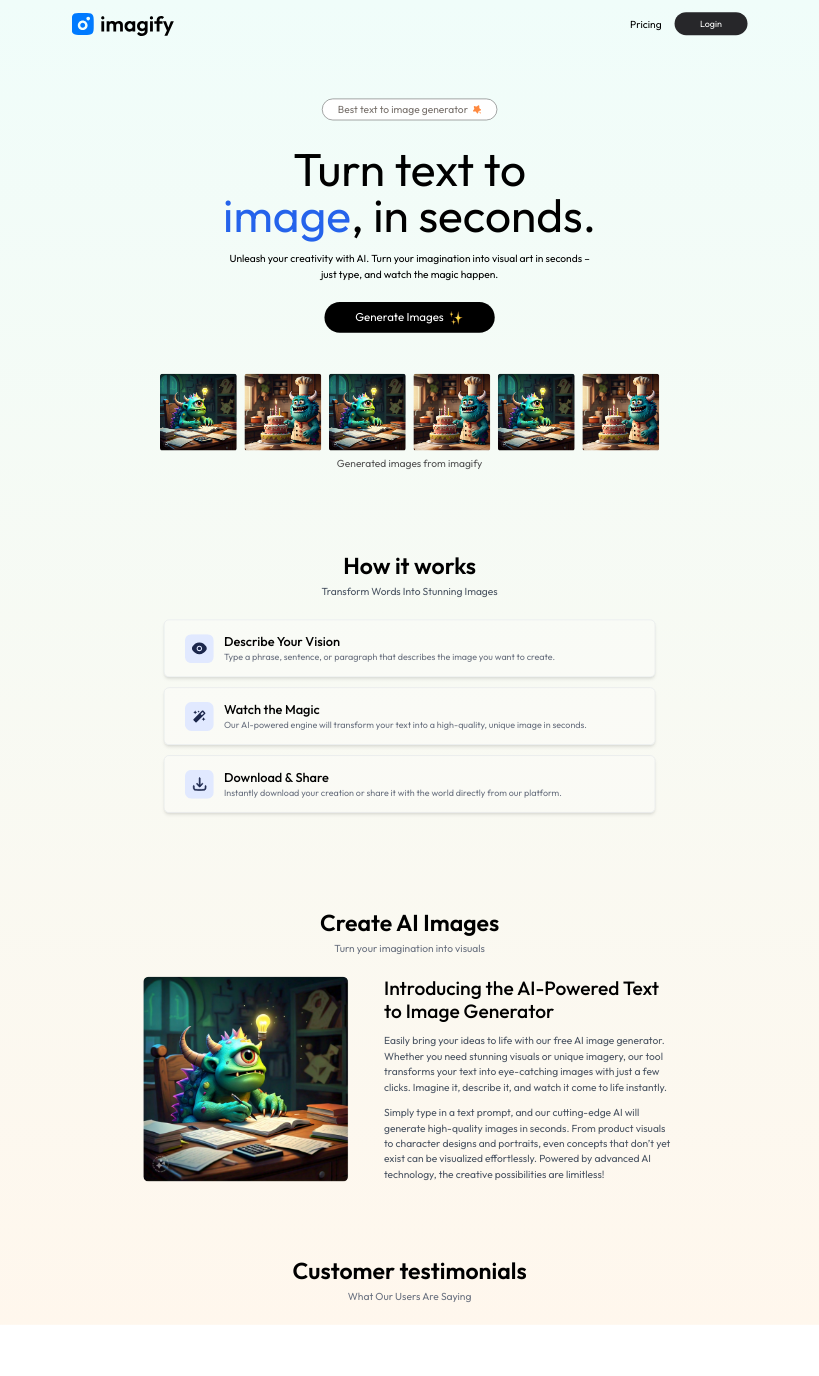
Repository: Abrammse/Abraify
Page: /
An editor plug-in stored every save of this project. The page is shown before and after a run of saves, followed by the edit.
The browser window is 1280 px wide. The pictures show the whole page, at 64% of full size.
The project was rebuilt for these pictures with package versions that can differ from the ones it lists, and the page was loaded fresh each time. Also part of the build but not shown: vite.config.js, src/pages/Buycredit.jsx.

Above is the page before, as saved 2024-11-25 11:54:11.

### index.html
<!doctype html>
<html lang="en">
  <head>
    <meta charset="UTF-8" />
    <link rel="icon" type="image/svg+xml" href="/favicon.svg" />
    <meta name="viewport" content="width=device-width, initial-scale=1.0" />
    <title>Imagify - Abram</title>
  </head>
  <body>
    <div id="root"></div>
    <script type="module" src="/src/main.jsx"></script>
  </body>
</html>

### src/main.jsx
import { createRoot } from 'react-dom/client'
import './index.css'
import App from './App.jsx'
import { BrowserRouter } from 'react-router-dom'
import AppContextProvider from './context/AppContext.jsx'
createRoot(document.getElementById('root')).render(

  <BrowserRouter>
  <AppContextProvider>
  <App/>
  </AppContextProvider>

  </BrowserRouter>
)

### src/index.css
@import url('https://fonts.googleapis.com/css2?family=Cairo:wght@200..1000&family=Outfit:wght@100..900&display=swap');


@tailwind base;
@tailwind components;
@tailwind utilities;

*{
  font-family: Outfit ;
}

### src/App.jsx
import React from "react";
import { Routes,Route } from "react-router-dom";
import Home from "./pages/Home";
import BuyCredit from "./pages/Buycredit";
import Navbar from "./components/Navbar";
const App = () => {
  return (
    <div className="px-4 sm:px-10 md:px-14 lg:px-28 min-h-screen bg-gradient-to-b from-teal-50 to-orange-50">
     <Navbar />
      <Routes>

        <Route  path="/" element={<Home />}/>
        <Route  path="/BuyCredit" element={<BuyCredit />}/>
      </Routes>
    </div>
  )
}

export default App

### src/context/AppContext.jsx
import { createContext, useState } from "react";
export const AppContext = createContext();

const AppContextProvider = (props) => {
  const [user, setUser] = useState(null);

  const value = {
    user,
    setUser,
  };

  return (
    <AppContext.Provider value={value}>
      {props.children}
    </AppContext.Provider>
  );
};

export default AppContextProvider;

### src/pages/Home.jsx
import React from 'react';
import Header from '../components/Header';
import Steps from '../components/Steps';
import Des from '../components/des';
import Testimonials from '../components/testimonials';
const Home = () => {
  return (
    <div>
      <Header/>
      <Steps/>
      <Des/>
      <Testimonials/>
    </div>
  );
}

export default Home;

### src/components/Navbar.jsx
import React, { useContext } from 'react';
import { assets } from '../assets/assets';
import { Link, useNavigate } from 'react-router-dom';
import { AppContext } from '../context/AppContext';
const Navbar = () => {
  const {user} = useContext(AppContext);
  const navigate = useNavigate();

  return (
    <div className="flex items-center justify-between py-4">
      <Link to="/">
        <img src={assets.logo} alt="Logo" className="w-28 sm:w-32 lg:w-40" />
      </Link>

      <div>
        {user ? (
          <div className="flex items-center gap-2 sm:gap-3">
            <button className="flex items-center gap-2 bg-blue-100 px-4 sm:px-6 py-1.5 sm:py-3 rounded-full hover:scale-105 transition-all duration-700">
              <img src={assets.credit_star} alt="Credits" className="w-5" />
              <p  onClick={() => navigate('/BuyCredit')} className='text-xs sm:text-sm font-medium text-gray-600'>Credits left: 50</p>
            </button>
            <p className='text-gray-600 max-sm:hidden pl-4 '>Hi, Abram</p>
            <div className="relative group">
              <img
                src={assets.profile_icon}
                alt="Profile"
                className="w-10 drop-shadow cursor-pointer"
              />
              <div className="absolute hidden group-hover:block top-0 right-0 z-10  text-black rounded  pt-12">
                <ul   className='list-none m-0 p-2 bg-white rounded-md border text-sm ' >
                  <li className='py-1 px-2  cursor-pointer pr-10 ' >
                    Logout
                  </li>
                </ul>
              </div>
            </div>
          </div>
        ) : (
          <div className="flex items-center gap-2 sm:gap-5">
            <p
              onClick={() => navigate('/BuyCredit')}
              className="cursor-pointer hover:underline"
            >
              Pricing
            </p>
            <button
              className="bg-zinc-800 text-white px-7 py-2 sm:px-10 text-sm rounded-full"
              onClick={() => navigate('/login')}
            >
              Login
            </button>
          </div>
        )}
      </div>
    </div>
  );
};

export default Navbar;

### src/components/Header.jsx
import React from 'react';
import { assets } from '../assets/assets';

const Header = () => {
  return (
<div className="flex flex-col justify-center items-center text-center my-20 ">
<div className="text-stone-500 inline-flex text-center gap-2 bg-white px-6 py-1 rounded-full border border-neutral-500 ">
    <p>Best text to image generator</p>
<img src={assets.star_icon} alt="start"/>
    </div>
    <h1  className='text-4xl  max-w-[300px]   sm:text-7xl sm:max-w-[590px] mx-auto mt-10 text-center  ' >Turn text to <span  className='text-blue-600' >  image</span>, in seconds.</h1>
<p  className='text-center max-w-xl mx-auto mt-5'>Unleash your creativity with AI. Turn your imagination into visual art in seconds – just type, and watch the magic happen. </p>
<button className='sm:text-lg text-white   bg-black w-auto mt-8 px-12 py-2.5 flex  items-center gap-2  rounded-full    ' >Generate Images <img  className='h-6' src={assets.star_group} alt="start"/>
</button>
<div className='flex flex-wrap justify-center mt-16 gap-3 '>
{Array(6).fill().map((item,index)=>(

<img  className='rounded hover:scale-105  transition-all duration-300 cursor-pointer max-sm:w-11    ' src={index % 2=== 0 ? assets.sample_img_2 : assets.sample_img_1 } alt="start" key={index} width={120}  />

))}

</div>

<p className=' mt-2 text-neutral-600'> Generated images from imagify </p>
     </div>
  );
}

export default Header;

### src/components/Steps.jsx
import React from 'react';
import { stepsData } from '../assets/assets';

const Steps = () => {
  return (
    <div className='flex flex-col items-center justify-center my-32'>
      <h1 className='text-3xl sm:text-4xl font-semibold mb-2 '>How it works</h1>
      <p className=' tet-lg mb-8 text-gray-600'> Transform Words Into Stunning Images </p>


      <div className='space-y-4 w-full max-w-3xl text-sm '>
        {stepsData.map((item,index)=>(
            <div key={index}  className='flex items-center gap-4 px-8 p-5 bg-white/20 shadow-md border cursor-pointer hover:scale-[1.02]  transition-all  duration-300 rounded-lg ' >
                <img src={item.icon} alt="" />
            <div>
                <h2 className='text-xl  font-medium' > {item.title}</h2>
                <p className='text-gray-500' > {item.description}</p>

            </div>
            </div>
        ))}
      </div>

      </div>
  );
}

export default Steps;

### src/components/des.jsx
import React from 'react';
import { assets } from '../assets/assets';

const Des = () => {
  return (
<div className='flex flex-col items-center justify-center my-24 p-6 md:px-28'>
            <h1 className='text-3xl sm:text-4xl font-semibold mb-2 '>Create AI Images</h1>
            <p className=' tet-lg mb-8 text-gray-500'> Turn your imagination into visuals </p>

<div className='flex flex-col gap-5 md:gap-14 md:flex-row'>
<img src={assets.sample_img_2} alt="Credits" className="w-80 xl:w9 rounded-lg " />

<div>
    <h2 className='text-3xl font-medium max-w-lg mb-4'>
    Introducing the AI-Powered Text to Image Generator
    </h2>
    <p className='text-gray-600 mb-4' >
    Easily bring your ideas to life with our free AI image generator. Whether you need stunning visuals or unique imagery, our tool transforms your text into eye-catching images with just a few clicks. Imagine it, describe it, and watch it come to life instantly.
    </p>
    <p className='text-gray-600' >
    Simply type in a text prompt, and our cutting-edge AI will generate high-quality images in seconds. From product visuals to character designs and portraits, even concepts that don’t yet exist can be visualized effortlessly. Powered by advanced AI technology, the creative possibilities are limitless!
    </p>
</div>

</div>

    </div>
  );
}

export default Des;

### src/components/testimonials.jsx
import React from 'react';

const Testimonials = () => {
  return (
<div className='flex flex-col items-center justify-center my-20 md:px-2'>
            <h1 className='text-3xl sm:text-4xl font-semibold mb-2 '>Customer testimonials</h1>
            <p className=' tet-lg mb-8 text-gray-500'> What Our Users Are Saying </p>
    </div>

  );
}

export default Testimonials;

### src/assets/assets.js
import logo from './logo.svg'
import logo_icon from './logo_icon.svg'
import facebook_icon from './facebook_icon.svg'
import instagram_icon from './instagram_icon.svg'
import twitter_icon from './twitter_icon.svg'
import star_icon from './star_icon.svg'
import rating_star from './rating_star.svg'
import sample_img_1 from './sample_img_1.png'
import sample_img_2 from './sample_img_2.png'
import profile_img_1 from './profile_img_1.png'
import profile_img_2 from './profile_img_2.png'
import step_icon_1 from './step_icon_1.svg'
import step_icon_2 from './step_icon_2.svg'
import step_icon_3 from './step_icon_3.svg'
import email_icon from './email_icon.svg'
import lock_icon from './lock_icon.svg'
import cross_icon from './cross_icon.svg'
import star_group from './star_group.png'
import credit_star from './credit_star.svg'
import profile_icon from './profile_icon.png'

export const assets = {
    logo,
    logo_icon,
    facebook_icon,
    instagram_icon,
    twitter_icon,
    star_icon,
    rating_star,
    sample_img_1,
    sample_img_2,
    email_icon,
    lock_icon,
    cross_icon,
    star_group,
    credit_star,
    profile_icon
}

export const stepsData = [
    {
      title: 'Describe Your Vision',
      description: 'Type a phrase, sentence, or paragraph that describes the image you want to create.',
      icon: step_icon_1,
    },
    {
      title: 'Watch the Magic',
      description: 'Our AI-powered engine will transform your text into a high-quality, unique image in seconds.',
      icon: step_icon_2,
    },
    {
      title: 'Download & Share',
      description: 'Instantly download your creation or share it with the world directly from our platform.',
      icon: step_icon_3,
    },
  ];

export const testimonialsData = [
    {
        image:profile_img_1,
        name:'Donald Jackman',
        role:'Graphic Designer',
        stars:5,
        text:`I've been using bg.removal for nearly two years, primarily for Instagram, and it has been incredibly user-friendly, making my work much easier.`
    },
    {
        image:profile_img_2,
        name:'Richard Nelson',
        role:'Content Creator',
        stars:5,
        text:`I've been using bg.removal for nearly two years, primarily for Instagram, and it has been incredibly user-friendly, making my work much easier.`
    },
    {
        image:profile_img_1,
        name:'Donald Jackman',
        role:' Graphic Designer',
        stars:5,
        text:`I've been using bg.removal for nearly two years, primarily for Instagram, and it has been incredibly user-friendly, making my work much easier.`
    },
]

export const plans = [
    {
      id: 'Basic',
      price: 10,
      credits: 100,
      desc: 'Best for personal use.'
    },
    {
      id: 'Advanced',
      price: 50,
      credits: 500,
      desc: 'Best for business use.'
    },
    {
      id: 'Business',
      price: 250,
      credits: 5000,
      desc: 'Best for enterprise use.'
    },
  ]

Loaded but not shown: tailwind.config.js (common file)

After the next 2 saves:
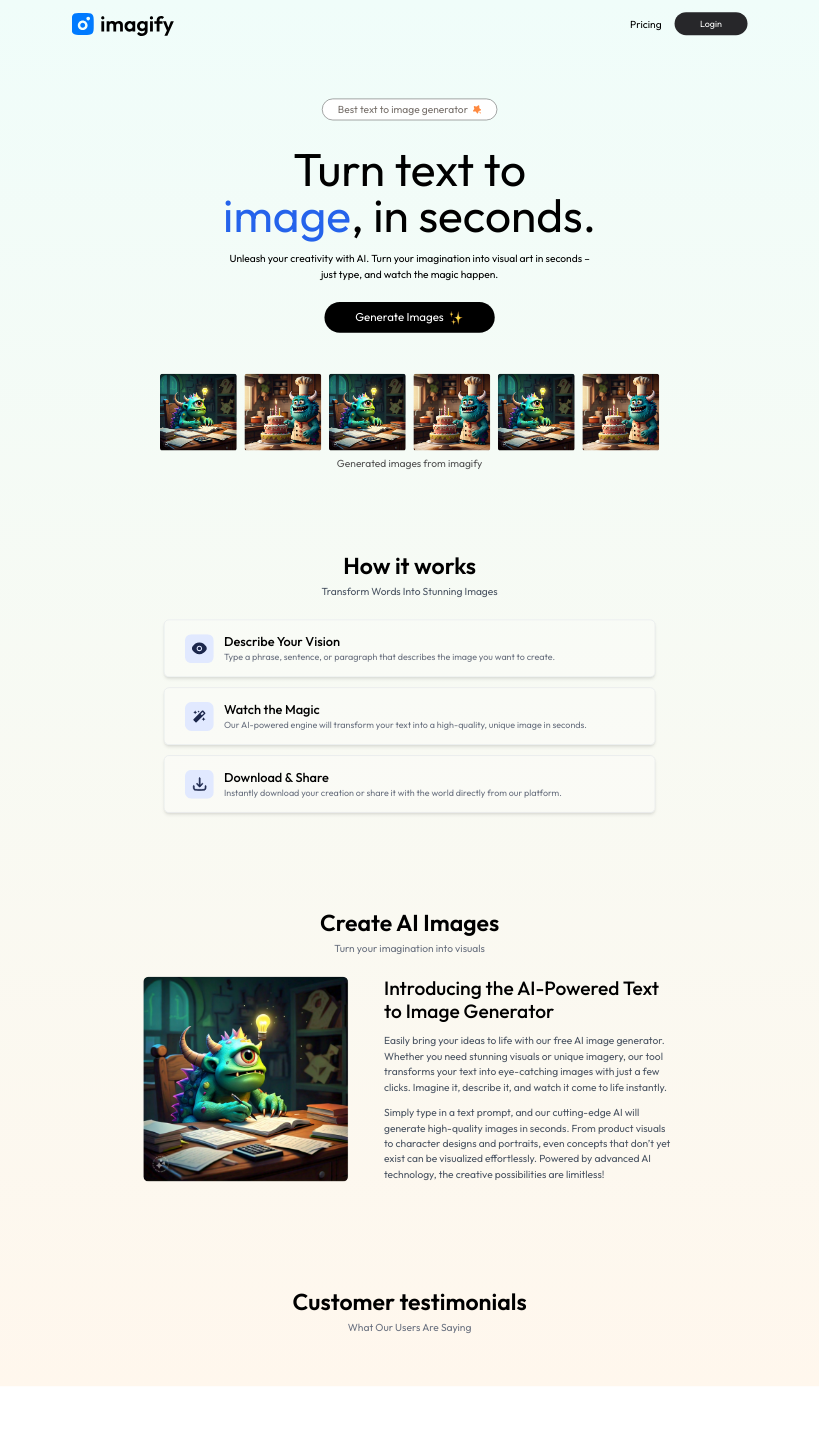
The 2 saves are shown as one change because they came seconds apart.
The last was saved 8 s later.
--- a/src/components/testimonials.jsx
+++ b/src/components/testimonials.jsx
@@ -2,7 +2,7 @@ import React from 'react';
 
 const Testimonials = () => {
   return (
-<div className='flex flex-col items-center justify-center my-20 md:px-2'>
+<div className='flex flex-col items-center justify-center my-20 py-12'>
             <h1 className='text-3xl sm:text-4xl font-semibold mb-2 '>Customer testimonials</h1>
             <p className=' tet-lg mb-8 text-gray-500'> What Our Users Are Saying </p>
     </div>
